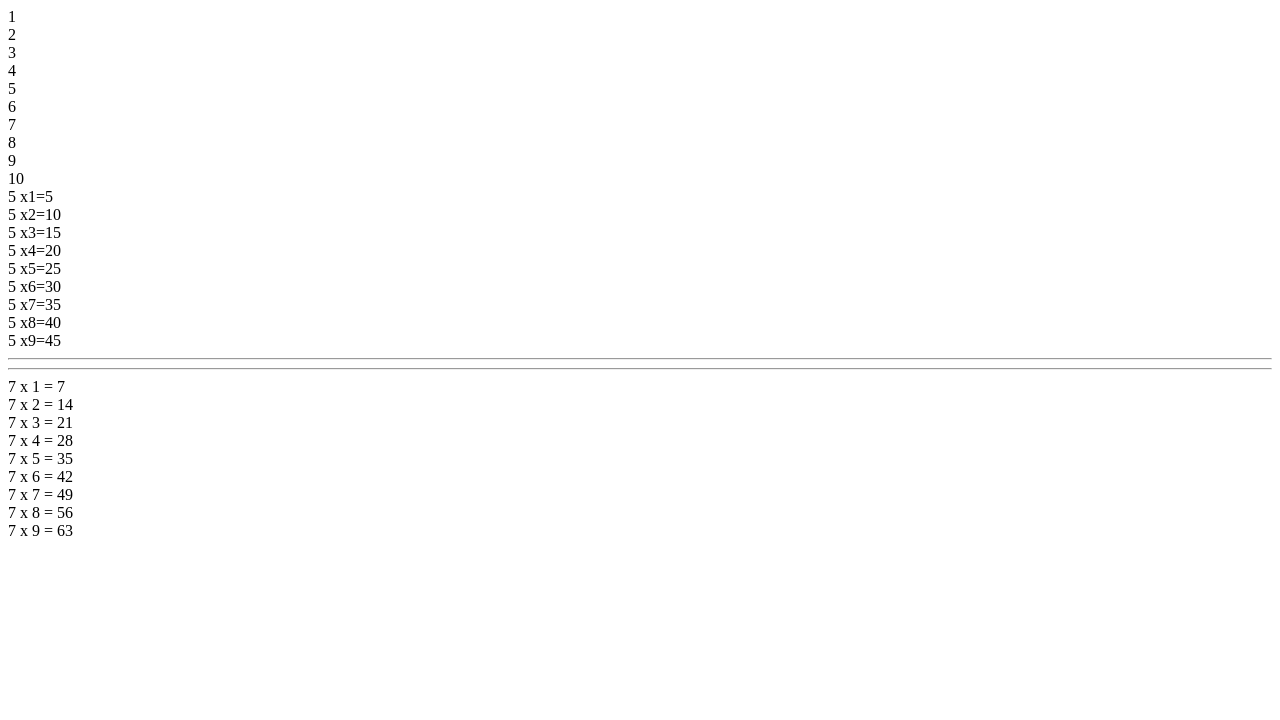
Repository: jeong3/Real_Time_Date
Page: http://localhost/jspGrammar1/Scriptlet.jsp
The author's editor kept a copy of each file at every save. The page is drawn from the files as they stood at one save, then again after the next save.
The browser window is 1280 px wide. The pictures show the whole page.
The page is served by Tomcat 9.

Above is the page before, as saved 2024-08-30 02:24:28.

After the next save:
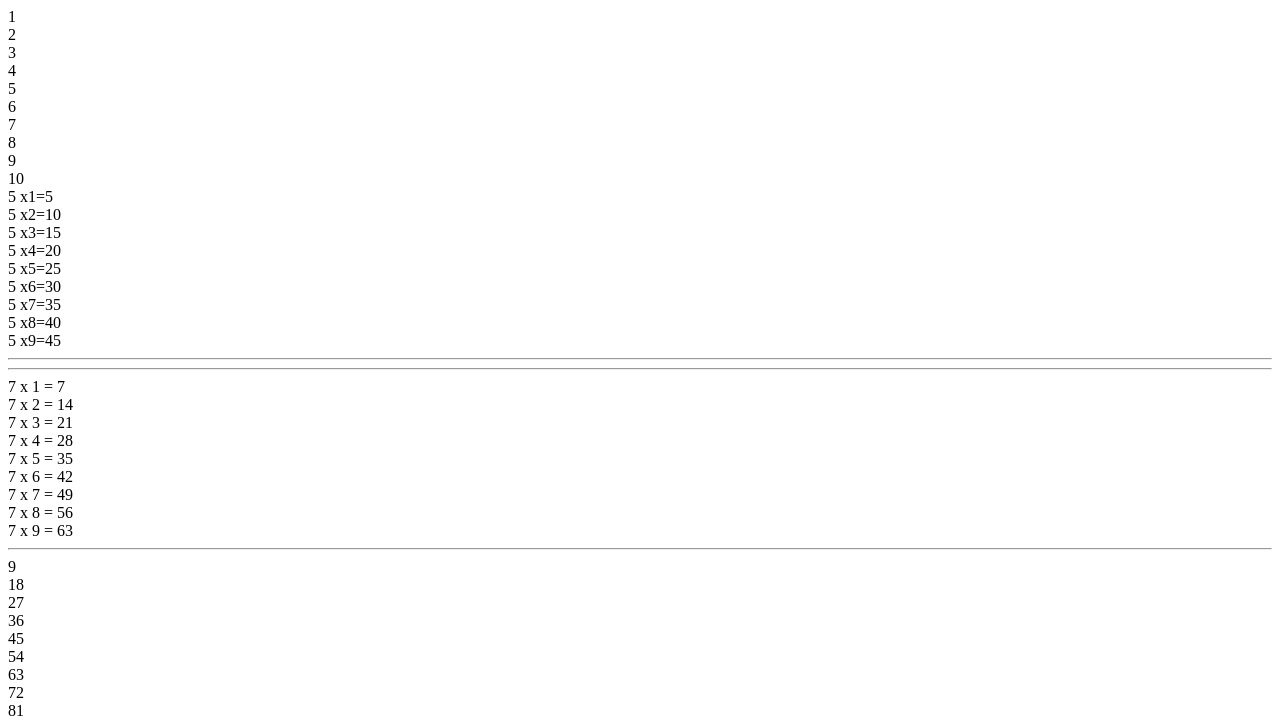
Saved 2 min 44 s later.
--- a/eclipse/eclipse-workspace/jspGrammar1/src/main/webapp/Scriptlet.jsp
+++ b/eclipse/eclipse-workspace/jspGrammar1/src/main/webapp/Scriptlet.jsp
@@ -22,5 +22,9 @@
 		out.print("7 x "+gop+ " = "+ 7*gop+"<br />");
 	}
 %>
+<hr />
+<% for(int gop = 1; gop <= 9; gop++){%>
+<%=  9*gop+"<br />"%>
+<%} %>
 </body>
 </html>
